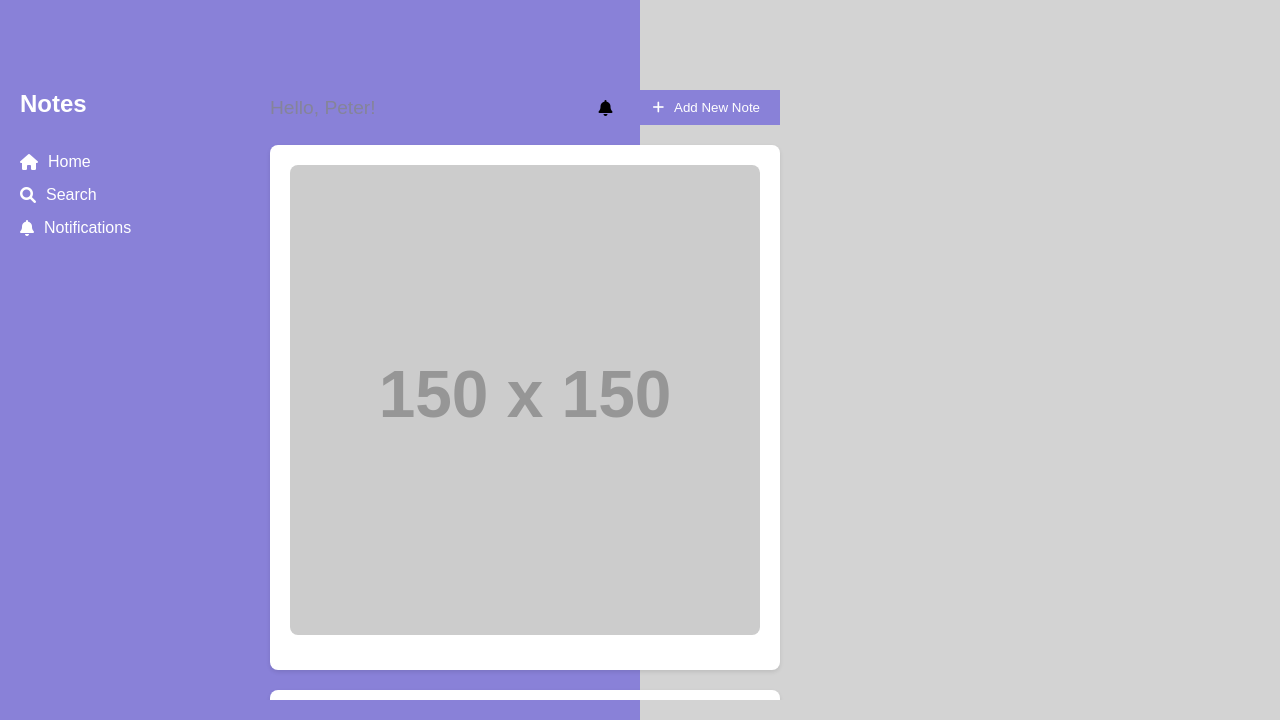
Repository: SatenikGabrielyan/HTML_CSS-_Assignment
Page: index.html
The author's editor kept a copy of each file at every save. The page is drawn from the files as they stood at one save, then again after the next save.
The browser window is 1280 px wide. The pictures show the whole page.
An inner scrolling area shows only its first screen.

Above is the page before, as saved 2025-03-17 00:30:40.

### index.html
<!DOCTYPE html>
<html lang="en">
  <head>
    <meta charset="UTF-8" />
    <meta name="viewport" content="width=device-width, initial-scale=1.0" />
    <title>Notes App</title>
    <link rel="stylesheet" href="./style.css" />
    <!-- Include Font Awesome for icons -->
    <link href="https://cdnjs.cloudflare.com/ajax/libs/font-awesome/6.0.0-beta3/css/all.min.css" rel="stylesheet"/>
  </head>
  <body>

      <div class="cont">
          <div class="purp"></div>
          <div class="whit"></div>
      </div>
    <div class="container">

      <nav class="sidebar">
        <div class="sidebar-header">
          <h2>Notes</h2>
        </div>
        <ul class="sidebar-list">
          <li><i class="fas fa-home"></i> Home</li>
          <li><i class="fas fa-search"></i> Search</li>
          <li><i class="fas fa-bell"></i> Notifications</li>
        </ul>
      </nav>

      <main class="main-content">
        <header>
          <div class="header-left">
            <p>Hello, Peter!</p>
          </div>
          <div class="header-right">
            <i class="fas fa-bell"></i>
            <button class="add-note-btn">
              <i class="fas fa-plus"></i> Add New Note
            </button>
          </div>
        </header>
        <section class="notes-grid">

          <div class="note-item image-note">
            <img src="https://via.placeholder.com/150" alt="Note Image" />
          </div>

          <div class="note-item text-note">
            <p>Sample text note content...</p>
          </div>

          <div class="note-item mixed-note">
            <img src="https://via.placeholder.com/150" alt="Note Image" />
            <p>Sample mixed note content...</p>
          </div>
        </section>
      </main>
    </div>

  </body>
</html>

### style.css
/* CSS Variables for Colors */
:root {
    --bg-color: #fbfbfb;
    --primary-color: #8981d8;
    --secondary-color: #d0d0d0;
    --text-color: #858499;
    --highlight-color: #7f77cc;
    --hover-color: rgba(137, 129, 216, 0.5);
  }

  /* General Reset */
  * {
    margin: 0;
    padding: 0;
    box-sizing: border-box;
  }

  body {
    font-family: Arial, sans-serif;
    background-color: var(--bg-color);
    display: flex;
    height: 100vh;
  }
  .wrapper{
    position: relative;
  }
  .cont{
      display: flex;
      width: 100%;
      position: relative;
      z-index: -1;
      border-radius: 10px;
  }
.purp {
    width: 50%;
    background-color: var(--primary-color);
    flex-direction: row;
}
.whit {
    width: 50%;
    background-color: lightgray;
    flex-direction: row;
}
  .container {
    display: flex;
    width: 800px;
    height: 700px;
    padding-top: 70px;
    padding-right: ;
    box-shadow: 10px lightgray;

    /* background: center; */
    position: absolute;
    z-index: 2;
    border-radius: 30px;
  }

  /* Sidebar Styling */
  .sidebar {
    width: 250px;
    background-color: var(--primary-color);
    color: #fff;
    display: flex;
    flex-direction: column;
    padding: 20px;
  }

  .sidebar-header h2 {
    margin-bottom: 20px;
  }

  .sidebar-list {
    list-style: none;
  }

  .sidebar-list li {
    margin: 15px 0;
    display: flex;
    align-items: center;
    cursor: pointer;
  }

  .sidebar-list li i {
    margin-right: 10px;
  }

  /* Main Content Styling */
  .main-content {
    flex-grow: 1;
    padding: 20px;
    overflow-y: auto;
  }

  header {
    display: flex;
    justify-content: space-between;
    align-items: center;
    margin-bottom: 20px;
  }

  .header-left p {
    font-size: 1.2em;
    color: var(--text-color);
  }

  .header-right {
    display: flex;
    align-items: center;
  }

  .header-right i {
    margin-right: 20px;
    cursor: pointer;
  }

  .add-note-btn {
    background-color: var(--primary-color);
    color: #fff;
    border: none;
    padding: 10px 20px;
    cursor: pointer;
    display: flex;
    align-items: center;
  }

  .add-note-btn i {
    margin-right: 10px;
  }

  /* Notes Grid Styling */
  .notes-grid {
    display: grid;
    grid-template-columns: repeat(auto-fill, minmax(300px, 1fr));
    gap: 20px;
  }

  .note-item {
    background-color: #fff;
    border-radius: 8px;
    box-shadow: 0 2px 4px rgba(0, 0, 0, 0.1);
    overflow: hidden;
    display: flex;
    flex-direction: column;
    padding: 20px;
  }

  .note-item img {
    width: 100%;
    height: auto;
    border-radius: 8px;
    margin-bottom: 15px;
  }

  .note-item p {
    color: var(--text-color);
    font-size: 1em;
    line-height: 1.5;
  }

  /* Hover Effect for Filter Buttons */
  .sidebar-list li:hover {
    background-color: var(--highlight-color);
    transition: background-color 0.3s ease;
  }

  /* Mobile Responsiveness */
  @media (max-width: 768px) {
    .container {
      flex-direction: column;
    }

    .sidebar {
      width: 100%;
      flex-direction: row;
      justify-content: space-around;
      padding: 10px;
    }

    .sidebar-list {
      display: flex;
      flex-direction: row;
      gap: 15px;
    }

    .sidebar-list li {
      margin: 0;
    }

    .main-content {
      padding: 10px;
    }

    header {
      flex-direction: column;
      align-items: flex-start;
    }

    .header-right {
      margin-top: 10px;
    }

    .notes-grid {
      grid-template-columns: 1fr;
    }

    .note-item {
      padding: 10px;
    }

    .note-item img {
      margin-bottom: 10px;
    }
  }

After the next save:
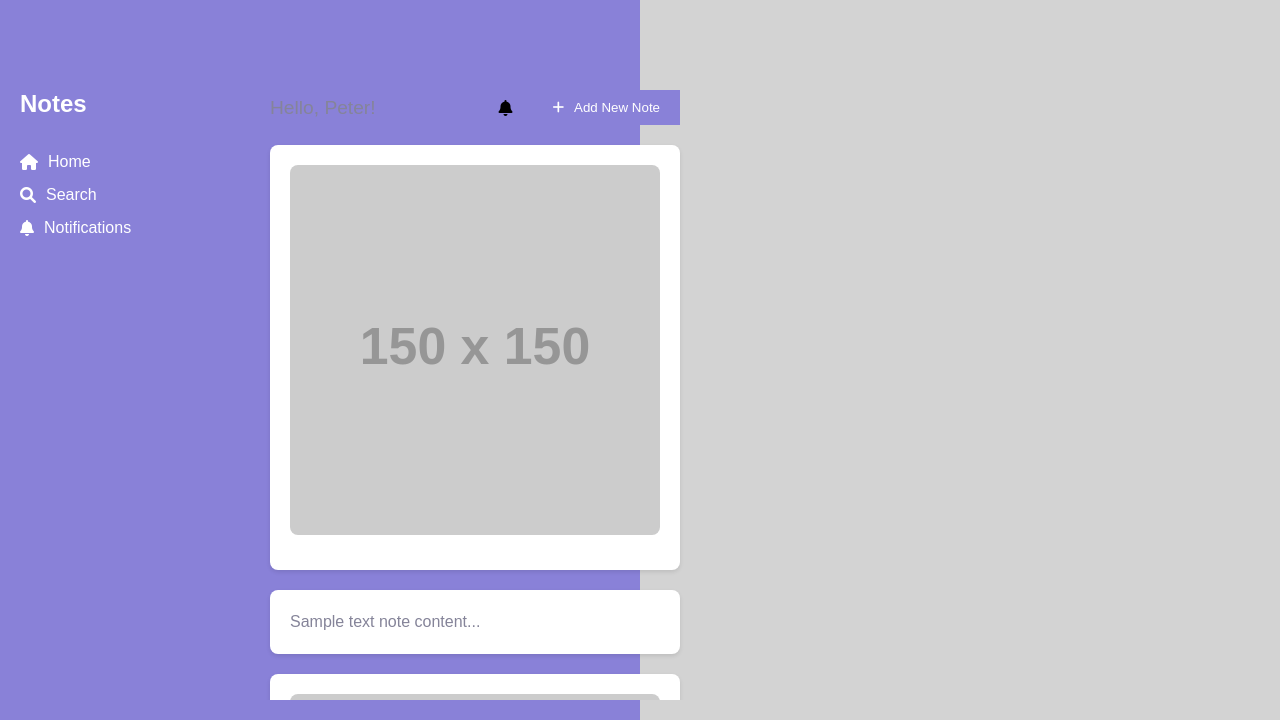
Saved 5 s later.
--- a/style.css
+++ b/style.css
@@ -46,7 +46,7 @@
     width: 800px;
     height: 700px;
     padding-top: 70px;
-    padding-right: ;
+    padding-right: 100px;
     box-shadow: 10px lightgray;
 
     /* background: center; */
